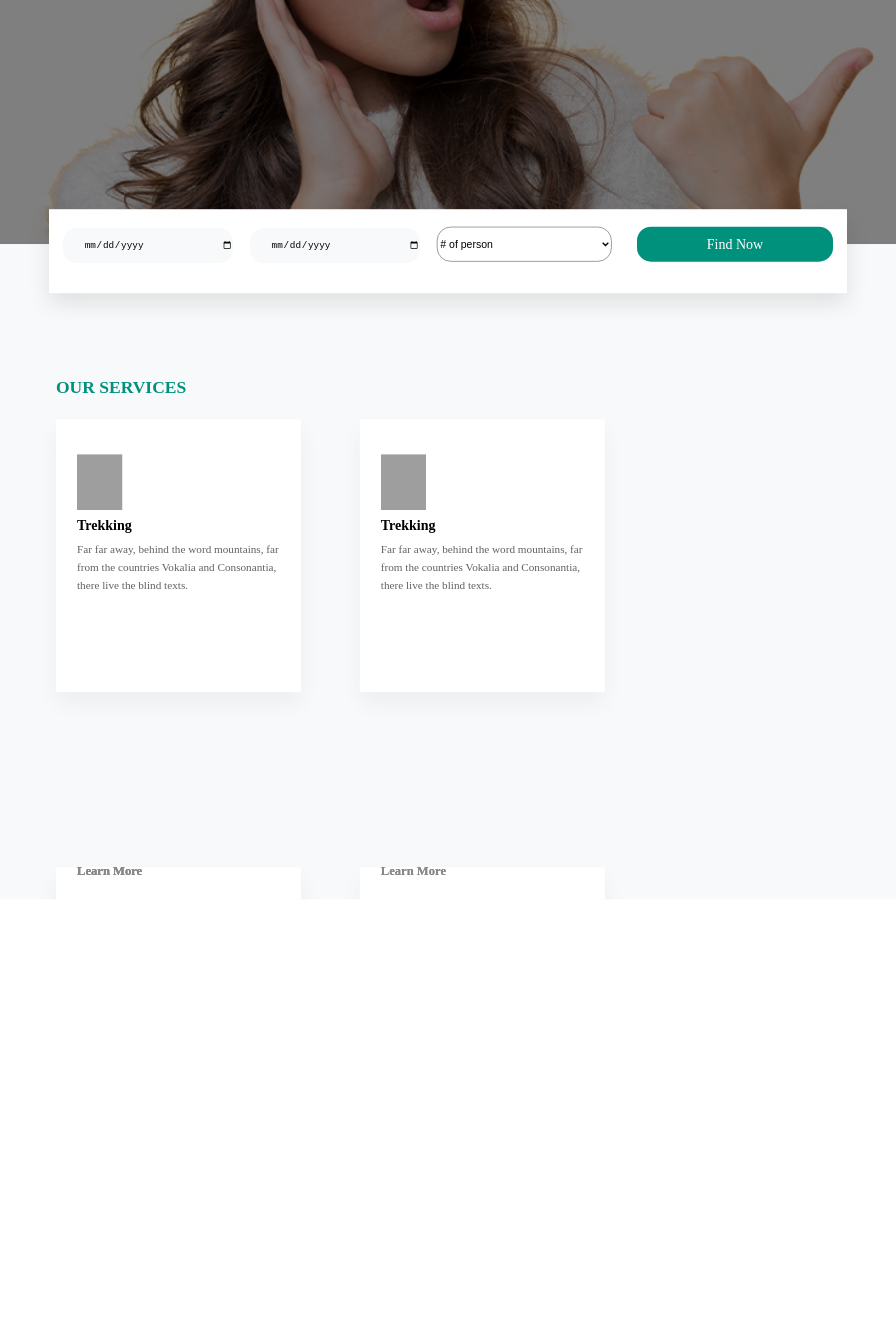
Repository: nhutduy0803/template1
Page: index.html
An editor plug-in stored every save of this project. The page is shown before and after the next save, followed by the edit.
The browser window is 1280 px wide. The pictures show the part of the page from y = 587 to 2507 px (the page is 5000 px tall), at 70% of full size.
Pictures or frames that could not be fetched are drawn as grey boxes.

Above is the page before, as saved 2021-11-28 13:27:00.

### index.html
<!DOCTYPE html>
<html lang="en">
  <head>
    <meta charset="UTF-8" />
    <meta http-equiv="X-UA-Compatible" content="IE=edge" />
    <meta name="viewport" content="width=device-width, initial-scale=1.0" />
    <title>TEMPLATE</title>
    <link rel="stylesheet" href="./assets/css/style.css" />
    <link
      rel="stylesheet"
      href="./assets/css/font/fontawesome-free-5.15.4-web/css/all.min.css"
    />
  </head>
  <body>
    <div id="main">
      <div class="slider">
        <div class="header">
          <h2>Hotell</h2>
          <div class="nav">
            <ul>
              <li>Home</li>
              <li>
                Destination
                <i class="fas fa-chevron-down"></i>
                <div class="subnav-one">
                  <ul class="sub-nav">
                    <span>Menu one</span>
                    <span>Menu two</span>
                    <span
                      >Dropdown <i class="fas fa-angle-right"></i>
                      <ul class="sub-nav-two">
                        <span>Menu one</span>
                        <span>Menu two</span>
                        <span>Menu three</span>
                      </ul>
                    </span>
                  </ul>
                </div>
              </li>
              <li>Services</li>
              <li>About</li>
              <li>Contact</li>
            </ul>
            <h3><i class="fas fa-phone-alt"></i> 123 489 9381</h3>
            <p>Once a year go someplace <br />you've never been before.</p>
            <a class="seevideo" href="#">See video</a>
          </div>
          <div class="modal-slider">
            <input type="date" name="" id="" />
            <input type="date" />
            <div class="select-person">
              <select id="number-of-person" class="form-control">
                <option value="#of person"># of person</option>
                <option value="0">0</option>
                <option value="1">1</option>
                <option value="2">2</option>
                <option value="3">3</option>
                <option value="4">4</option>
                <option value="5">5</option>
              </select>
            </div>
            <div class="find-now">Find Now</div>
          </div>
        </div>
        <!-- <img src="./assets/css/img/slider.webp" alt="" /> -->
      </div>
      <div class="card">
        <h2>OUR SERVICES</h2>
        <div class="card-children">
          <div class="img-card">
            <img src="./assets/css/img/trekking.png" alt="" />
          </div>
          <h3>Trekking</h3>
          <p>
            Far far away, behind the word mountains, far from the countries
            Vokalia and Consonantia, there live the blind texts.
          </p>
          <a href="#">Learn More</a>
        </div>
        <div class="card-children">
          <div class="img-card">
            <img src="./assets/css/img/trekking.png" alt="" />
          </div>
          <h3>Trekking</h3>
          <p>
            Far far away, behind the word mountains, far from the countries
            Vokalia and Consonantia, there live the blind texts.
          </p>
          <a href="#">Learn More</a>
        </div>
        <div class="card-children">
          <div class="img-card">
            <img src="./assets/css/img/trekking.png" alt="" />
          </div>
          <h3>Trekking</h3>
          <p>
            Far far away, behind the word mountains, far from the countries
            Vokalia and Consonantia, there live the blind texts.
          </p>
          <a href="#">Learn More</a>
        </div>
        <div class="card-children">
          <div class="img-card">
            <img src="./assets/css/img/trekking.png" alt="" />
          </div>
          <h3>Trekking</h3>
          <p>
            Far far away, behind the word mountains, far from the countries
            Vokalia and Consonantia, there live the blind texts.
          </p>
          <a href="#">Learn More</a>
        </div>
        <div class="card-children">
          <div class="img-card">
            <img src="./assets/css/img/trekking.png" alt="" />
          </div>
          <h3>Trekking</h3>
          <p>
            Far far away, behind the word mountains, far from the countries
            Vokalia and Consonantia, there live the blind texts.
          </p>
          <a href="#">Learn More</a>
        </div>
      </div>
    </div>
  </body>
</html>

### assets/css/style.css
* {
  margin: 0;
  padding: 0;
  box-sizing: border-box;
}

html {
  scroll-behavior: smooth;
}

#main {
  width: 100%;
  height: 5000px;
  background: #fff;
}
.header img {
  width: 100%;
  height: 100%;
}

.header {
  position: relative;
  width: 100%;
  height: 130vh;
  background: linear-gradient(rgba(0, 0, 0, 0.5), rgba(0, 0, 0, 0.5)),
    url("./img/slider.webp") top center / cover no-repeat;
}

.header h3 {
  position: absolute;
  top: 45px;
  right: 100px;
  color: #fff;
  font-size: 15px;
}

.header h2 {
  color: #fff;
  top: 40px;
  position: absolute;
  left: 50px;
}

.nav ul li {
  transition: 0.2s;
  margin: 0 10px;
  display: inline-block;
  color: rgba(221, 221, 221, 0.705);
}

.nav li:hover {
  transition: 0.2s;
  color: #fff;
}

.nav ul li:nth-child(1) {
  color: #fff;
}

.nav {
  padding-top: 45px;
  text-align: center;
}

ul .fa-chevron-down {
  font-size: 10px;
}

.nav ul li:nth-child(2) {
  position: relative;
  transition: 0.3s;
  margin: 0 -35px;
}

.nav ul li:nth-child(2):hover .sub-nav {
  opacity: 1;
  bottom: 10px;
}

.sub-nav {
  border-radius: 10px;
  background: #fff;
  height: 130px;
  width: 180px;
  position: absolute;
  color: #000;
  opacity: 0;
  transition: 0.3s;
  bottom: 0;
}

.subnav-one {
  position: relative;
  height: 150px;
  width: 180px;
}

.sub-nav span {
  padding-right: 70px;
  padding-top: 20px;
  display: block;
}

.sub-nav span:hover {
  color: #00917c;
  transition: 0.2s;
}

.sub-nav span .fa-angle-right {
  position: absolute;
  right: 20px;
}

.sub-nav span:nth-child(3) {
  position: relative;
}

.sub-nav span:nth-child(3):hover .sub-nav-two {
  opacity: 1;
  margin-top: -25px;
}

.sub-nav-two {
  margin-top: 0px;
  margin-left: 180px;
  background: #fff;
  height: 130px;
  width: 180px;
  position: absolute;
  border-radius: 10px;
  color: #000;
  opacity: 0;
  transition: 0.3s;
}

.fa-phone-alt {
  position: absolute;
  left: -55px;
  top: -9px;
  background: rgba(255, 255, 255, 0.2);
  border-radius: 50%;
  height: 40px;
  width: 40px;
  padding-top: 13px;
  color: #fff;
  transition: 0.2s;
  font-size: 15px;
}

.fa-phone-alt:hover {
  border: 2px solid #fff;
  transition: 0.2s;
}

.header p {
  transform: translate(-50%);
  left: 50%;
  color: #fff;
  position: absolute;
  top: 350px;
  font-size: 50px;
}

.seevideo {
  position: absolute;
  top: 500px;
  left: 50%;
  transform: translate(-50%);
  width: 120px;
  height: 50px;
  background: #00917c;
  color: #fff;
  border-radius: 25px;
  display: flex;
  justify-content: center;
  align-items: center;
  text-decoration: none;
  font-size: 17px;
}

.modal-slider {
  z-index: 2;
  width: 1140px;
  height: 120px;
  background: #fff;
  position: absolute;
  bottom: -70px;
  left: 50%;
  transform: translate(-50%);
  box-shadow: 0 15px 30px 0 rgb(0 0 0 / 10%);
}

.modal-slider input {
  margin-top: 27px;
  margin-left: 50px;
  border-radius: 20px;
  background: #f8f9fa;
  padding-left: 30px;
  border: none;
  height: 50px;
  width: 243px;
}

.modal-slider ::-webkit-input-placeholder {
  color: rgba(0, 0, 0, 0.726);
  font-size: 15px;
}

.modal-slider .fa-calendar-alt {
  margin-left: -30px;
}

.modal-slider input {
  margin-left: 20px;
}

.date {
  position: absolute;
  top: 0px;
  width: 200px;
  height: 300px;
  background: #fff;
  z-index: 1;
}

.select-person {
  background: #f8f9fa;
  border-radius: 20px;
  height: 50px;
  width: 250px;
  display: inline-block;
  color: #000;
  margin-left: 20px;
}

.form-control {
  border-radius: 20px;
  background: #fff;
  height: 50px;
  width: 250px;
  color: #000;
  font-size: 15px;
}

.find-now {
  position: absolute;
  right: 20px;
  background: #00917c;
  border-radius: 20px;
  height: 50px;
  width: 280px;
  display: inline-block;
  display: flex;
  justify-content: center;
  align-items: center;
  color: #fff;
  top: 25px;
  font-size: 20px;
}

.find-now:active {
  border: 3px solid #3cc7b2;
}

.card {
  height: 130vh;
  width: 100%;
  background: #f8f9fa;
  position: relative;
  overflow: hidden;
}

.card h2 {
  font-weight: 700;
  position: absolute;
  left: 80px;
  top: 190px;
  font-size: 25px;
  color: #00917c;
}

.card-children {
  margin-left: 80px;
  margin-top: 250px;
  background: #fff;
  height: 390px;
  width: 350px;
  box-shadow: 0 15px 30px 0 rgb(0 0 0 / 5%);
  display: inline-block;
}

.img-card {
  margin-top: 50px;
  margin-left: 30px;
  width: 65px;
  height: 80px;
}

.img-card img {
  width: 100%;
  height: 100%;
}

.card-children h3 {
  margin-top: 10px;
  margin-left: 30px;
  font-size: 20px;
}

.card-children p {
  margin-top: 10px;
  margin-left: 30px;
  color: #535252e8;
  line-height: 1.6;
}

.card-children a {
  margin-left: 30px;
  text-decoration: none;
  font-size: 18px;
  color: #888888;
  position: absolute;
  bottom: 30px;
  font-weight: 600;
}

.card-children a:hover {
  color: #000;
}

.card-children2 {
  position: absolute;
  left: 400px;
}

Loaded but not shown: assets/css/font/fontawesome-free-5.15.4-web/css/all.min.css (library)

After the next save:
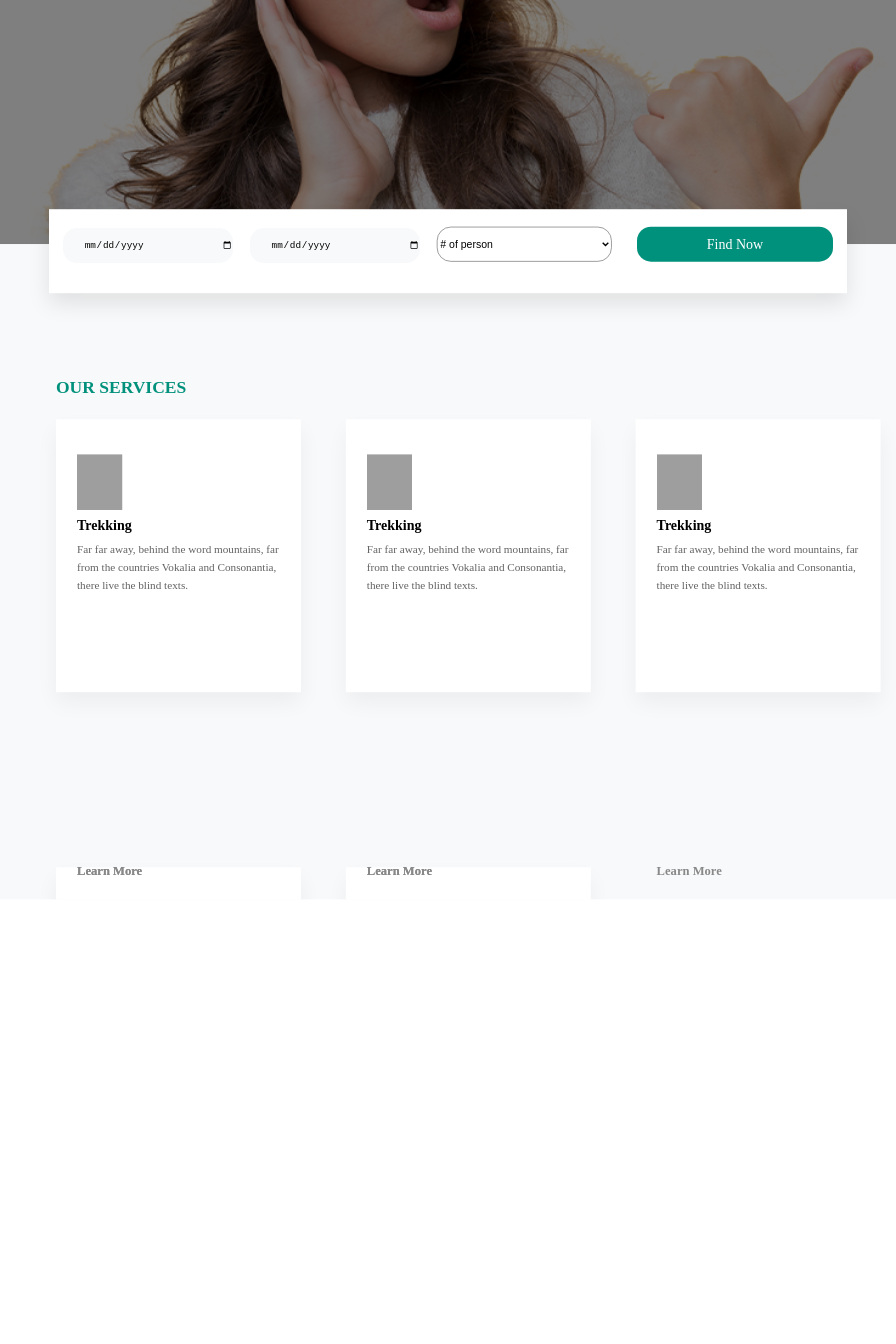
Saved 50 s later.
--- a/assets/css/style.css
+++ b/assets/css/style.css
@@ -280,6 +280,7 @@ ul .fa-chevron-down {
 }
 
 .card-children {
+  margin-right: -20px;
   margin-left: 80px;
   margin-top: 250px;
   background: #fff;
